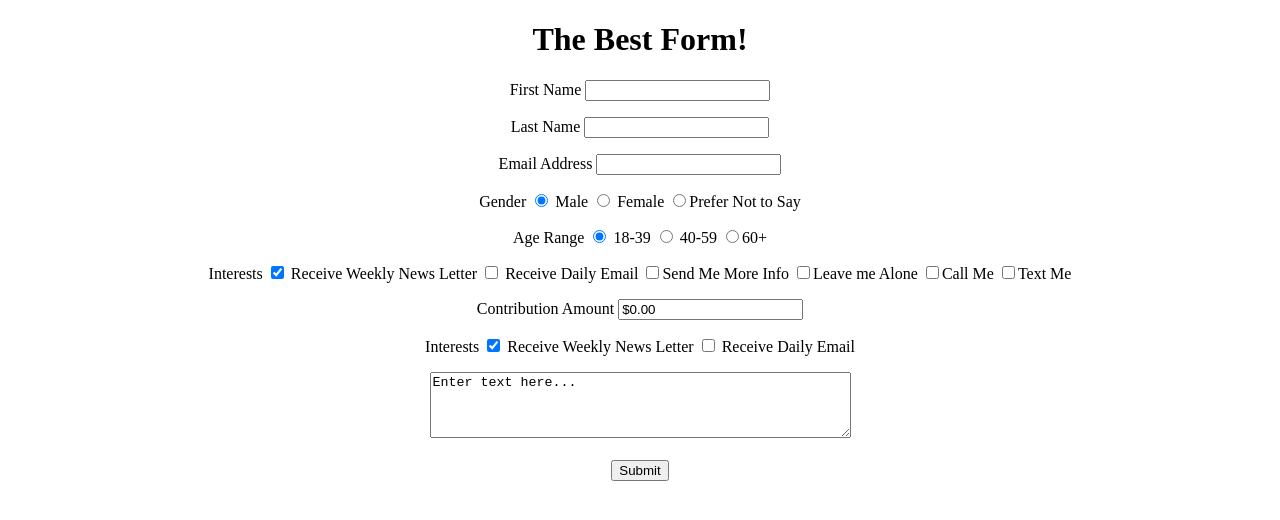
Repository: jedeyejed00/TheGameShaq
Page: HomeWork2/contact.html
The author's editor kept a record of every edit. The page is drawn from the files as they stood at one moment, then again after the next edit.
The browser window is 1280 px wide. The pictures show the whole page.

Above is the page before.

### HomeWork2/contact.html
<!DOCTYPE html>

<html><head>



        <title>Forms</title>

    </head>

    <body><Center>

                <H1>The Best Form!</H1>


                <formaction="process_contact.php" method="post">

                 <p> <label for ="First Name">First Name</label>
                    <input type ="Text id="FirstName" name = "FirstName" required></p>

                   <p><label for ="Last Name">Last Name</label>
                    <input type ="Text id="LastName" name = "LastName" required></p>


               <p> <label for ="Email Address">Email Address</label>
                    <input type ="Text id="EmailAddress" name = "EmailAddress" required> </p>

                      <p>
                     Gender <input type="radio" name="gender" value="male" checked required> Male
                      <input type="radio" name="gender" value="female" required> Female
                      <input type="radio" name="gender" value="other" required>Prefer Not to Say</p>

                       <p>
                      Age Range <input type="radio" name="age" value="18" checked required> 18-39
                      <input type="radio" name="age" value="40" required> 40-59
                      <input type="radio" name="age" value="60" required>60+</p>



                   <p>Interests <input type="checkbox" name="vehicle1" value="Letter" checked> Receive Weekly News Letter
                       <input type="checkbox" name="vehicle2" value="Email"> Receive Daily Email
                       <input type="checkbox" name="vehicle3" value="info">Send Me More Info
                       <input type="checkbox" name="vehicle3" value="alone">Leave me Alone
                       <input type="checkbox" name="vehicle3" value="call">Call Me
                       <input type="checkbox" name="vehicle3" value="text">Text Me</p>

                 <p> <label for ="Contribution Amount">Contribution Amount</label>
                    <input type ="Text id="ContributionAmount" name = "ContributionAmount" Value ="$0.00"> </p>

                   <p>Interests <input type="checkbox" name="vehicle1" value="Letter" checked> Receive Weekly News Letter
                       <input type="checkbox" name="vehicle2" value="Email"> Receive Daily Email
                   </p>


                  <textarea rows="4" cols="50" name="comments" form="usrform">
Enter text here...</textarea>

                 <br><br>



                    <button> Submit</button>



                    </form>



 </Center></body>

    </html>

After the next edit:
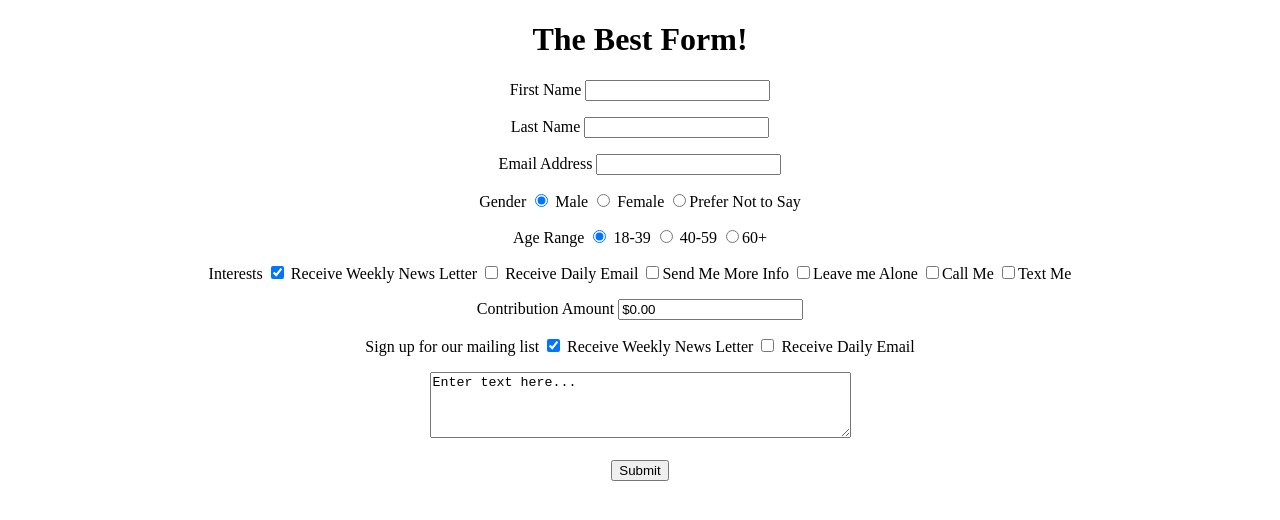
The edit:
--- a/HomeWork2/contact.html
+++ b/HomeWork2/contact.html
@@ -47,7 +47,8 @@
                  <p> <label for ="Contribution Amount">Contribution Amount</label>
                     <input type ="Text id="ContributionAmount" name = "ContributionAmount" Value ="$0.00"> </p>
 
-                   <p>Interests <input type="checkbox" name="vehicle1" value="Letter" checked> Receive Weekly News Letter
+                   <p>Sign up for our mailing list
+                       <input type="checkbox" name="vehicle1" value="Letter" checked> Receive Weekly News Letter
                        <input type="checkbox" name="vehicle2" value="Email"> Receive Daily Email
                    </p>
 
